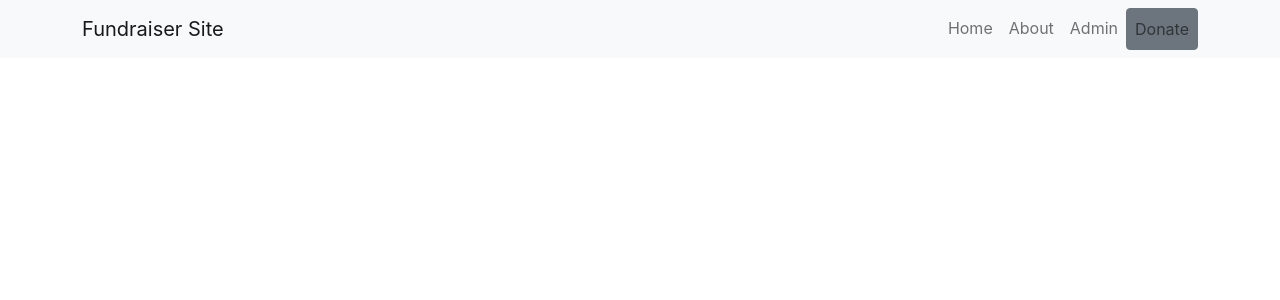
Repository: DragonFruit8/Fundraiser-Page
Page: /
An editor plug-in stored every save of this project. The page is shown before and after the next save, followed by the edit.
The browser window is 1280 px wide. The pictures show the whole page.
The project was rebuilt for these pictures with package versions that can differ from the ones it lists, and the page was loaded fresh each time. Also part of the build but not shown: src/pages/Home.js, src/pages/About.js, src/pages/Donate.js, src/pages/Admin.js.

Above is the page before, as saved 2024-07-19 12:31:07.

### public/index.html
<!DOCTYPE html>
<html lang="en">
  <head>
    <meta charset="utf-8" />
    <link rel="icon" href="%PUBLIC_URL%/favicon.ico" />
    <meta name="viewport" content="width=device-width, initial-scale=1" />
    <meta name="theme-color" content="#000000" />
    <meta
      name="description"
      content="Web site created using create-react-app"
    />
    <link rel="apple-touch-icon" href="%PUBLIC_URL%/logo192.png" />
    <link
      href="https://cdn.jsdelivr.net/npm/bootstrap@5.0.2/dist/css/bootstrap.min.css"
      rel="stylesheet"
      integrity="sha384-EVSTQN3/azprG1Anm3QDgpJLIm9Nao0Yz1ztcQTwFspd3yD65VohhpuuCOmLASjC"
      crossorigin="anonymous"
    />
    <!--
      manifest.json provides metadata used when your web app is installed on a
      user's mobile device or desktop. See https://developers.google.com/web/fundamentals/web-app-manifest/
    -->
    <link rel="manifest" href="%PUBLIC_URL%/manifest.json" />
    <!--
      Notice the use of %PUBLIC_URL% in the tags above.
      It will be replaced with the URL of the `public` folder during the build.
      Only files inside the `public` folder can be referenced from the HTML.

      Unlike "/favicon.ico" or "favicon.ico", "%PUBLIC_URL%/favicon.ico" will
      work correctly both with client-side routing and a non-root public URL.
      Learn how to configure a non-root public URL by running `npm run build`.
    -->
    <title>React App</title>
  </head>
  <body>
    <noscript>You need to enable JavaScript to run this app.</noscript>
    <div id="root"></div>
    <!--
      This HTML file is a template.
      If you open it directly in the browser, you will see an empty page.

      You can add webfonts, meta tags, or analytics to this file.
      The build step will place the bundled scripts into the <body> tag.

      To begin the development, run `npm start` or `yarn start`.
      To create a production bundle, use `npm run build` or `yarn build`.
    -->
    <script
      src="https://cdn.jsdelivr.net/npm/bootstrap@5.0.2/dist/js/bootstrap.bundle.min.js"
      integrity="sha384-MrcW6ZMFYlzcLA8Nl+NtUVF0sA7MsXsP1UyJoMp4YLEuNSfAP+JcXn/tWtIaxVXM"
      crossorigin="anonymous"
    ></script>
    <script
      src="https://cdn.jsdelivr.net/npm/@popperjs/core@2.9.2/dist/umd/popper.min.js"
      integrity="sha384-IQsoLXl5PILFhosVNubq5LC7Qb9DXgDA9i+tQ8Zj3iwWAwPtgFTxbJ8NT4GN1R8p"
      crossorigin="anonymous"
    ></script>
    <script
      src="https://cdn.jsdelivr.net/npm/bootstrap@5.0.2/dist/js/bootstrap.min.js"
      integrity="sha384-cVKIPhGWiC2Al4u+LWgxfKTRIcfu0JTxR+EQDz/bgldoEyl4H0zUF0QKbrJ0EcQF"
      crossorigin="anonymous"
    ></script>
  </body>
</html>

### src/App.js
import React from 'react';
import { BrowserRouter as Router, Route, Routes, Link } from 'react-router-dom';
import Home from './pages/Home';
import About from './pages/About';
import Donate from './pages/Donate';
import Admin from './pages/Admin';
import Navbar from './components/Navbar';

const App = () => {
  return (
    <Router>
      <Navbar />
      <Routes>
        <Route exact path="/" component={Home} />
        <Route path="/about" component={About} />
        <Route path="/donate" component={Donate} />
        <Route path="/admin" component={Admin} />
      </Routes>
    </Router>
  );
};

export default App;

### src/components/Navbar.js
import React from 'react';
import { Link } from 'react-router-dom';

const Navbar = () => {
    return (
        <nav className="navbar navbar-expand-lg navbar-light bg-light">
            <div className="container">
                <Link className="navbar-brand" to="/">Fundraiser Site</Link>
                <button className="navbar-toggler" type="button" data-bs-toggle="collapse" data-bs-target="#navbarNav" aria-controls="navbarNav" aria-expanded="false" aria-label="Toggle navigation">
                    <span className="navbar-toggler-icon"></span>
                </button>
                <div className="collapse navbar-collapse" id="navbarNav">
                    <ul className="navbar-nav ms-auto">
                        <li className="nav-item">
                            <Link className="nav-link" to="/">Home</Link>
                        </li>
                        <li className="nav-item">
                            <Link className="nav-link" to="/about">About</Link>
                        </li>
                        <li className="nav-item">
                            <Link className="nav-link" to="/admin">Admin</Link>
                        </li>
                        <li className="nav-item">
                            <Link className="nav-link btn btn-secondary" to="/donate">Donate</Link>
                        </li>
                    </ul>
                </div>
            </div>
        </nav>
    );
}

export default Navbar;

Loaded but not shown: src/index.js (common file); src/index.css (common file); src/reportWebVitals.js (common file)

After the next save:
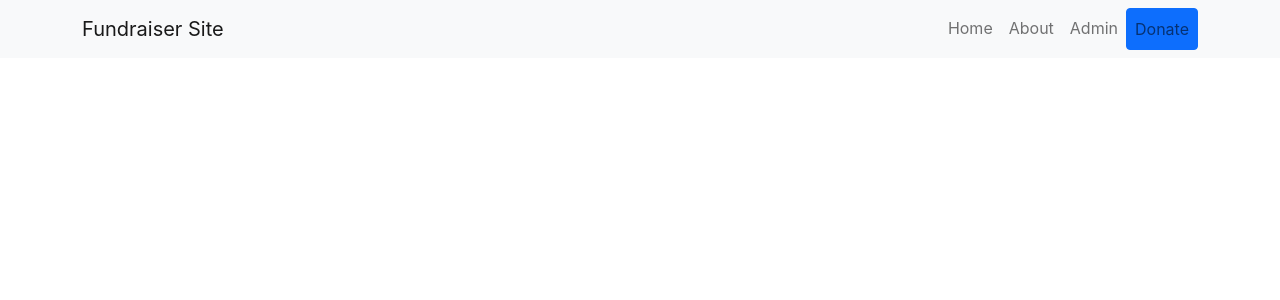
Saved 6 s later.
--- a/src/components/Navbar.js
+++ b/src/components/Navbar.js
@@ -21,7 +21,7 @@ const Navbar = () => {
                             <Link className="nav-link" to="/admin">Admin</Link>
                         </li>
                         <li className="nav-item">
-                            <Link className="nav-link btn btn-secondary" to="/donate">Donate</Link>
+                            <Link className="nav-link btn btn-primary" to="/donate">Donate</Link>
                         </li>
                     </ul>
                 </div>
